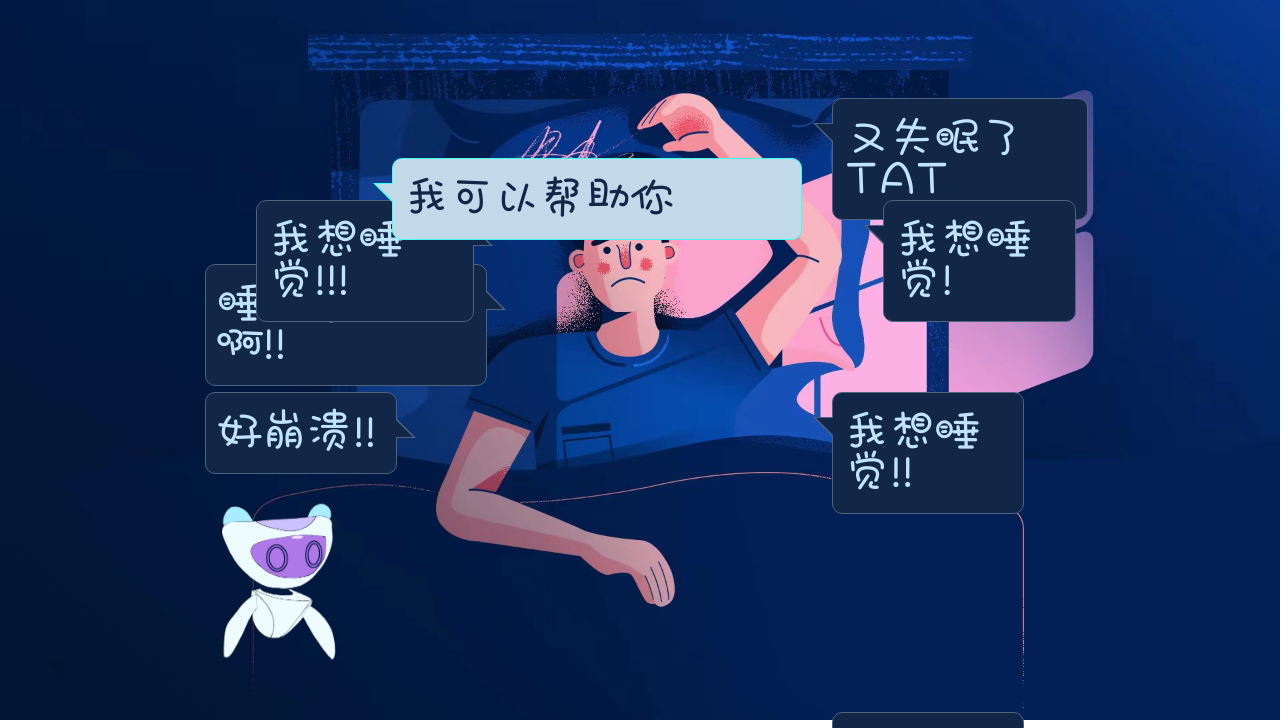
Repository: chjyume/zhongyi
Page: index2.html
An editor plug-in stored every save of this project. The page is shown before and after the next save, followed by the edit.
The browser window is 1280 px wide. The page is 1288 px wide, so the pictures cover 1288 px, including what lies to the right of the window. The pictures show the whole page.

Above is the page before, as saved 2023-06-27 09:07:35.

### index2.html
<!DOCTYPE html>
<html>
	<head>
        <meta charset="utf-8" />
		<title>小故事引入</title>

        <link href="css\index2.css" rel="stylesheet" type="text/css">
		<link rel="stylesheet" type="text/css" href="family\font.css">
	</head>
	<style>
	body
	{
        background-image:url("img/img2-1.png");
		background-repeat:no-repeat;
        height: 100%;
        width: 100%;
        background-size:cover;
        position:absolute;
        left:0;
        top:0;
	}
	</style>
	<body>
		<div id="man" tabindex="1">
		<div class="bubble1" id="text1"  tabindex="1" style="width: calc(18%)">又失眠了TAT</div>
		<div class="bubble1" id="text2"  tabindex="1" style="width: calc(13%)">我想睡觉!</div>
		<div class="bubble1" id="text4"  tabindex="1" style="width: calc(13%)">我想睡觉!!</div>
		<div class="bubble1" id="text5"  tabindex="1" style="width: calc(13%)">怎么办？</div>
		<div class="bubble2" id="text3" tabindex="1"  style="width: calc(20%)">睡不着啊啊啊!!</div>
		<div class="bubble2" id="text2" tabindex="1"  style="width: calc(15%)">我想睡觉!!!</div>
		<div class="bubble2" id="text4"  tabindex="1" style="width: calc(13%)">好崩溃!!</div>
		</div>
		<div id="AI" tabindex="1">
			<img id="robot" src="img/img2-2.png">
			<div class="bubble3" id="text" tabindex="1" style="width: calc(30%);">我可以帮助你</div>
		</div>
	</body>
</html>

### css/index2.css

.bubble1 {
    position: fixed;
    padding: 20px 12px;
    font-family:HYLeMiaoTi;
    font-size: 45px;
    line-height: 40px;
    top: calc(10%);
    left: calc(65%);
    color: #c0e3ff;
    background: #122648;
    border: 1px solid #4e637e;
    border-radius: 10px;
    opacity: 0;
  }

  .bubble1::before,
  .bubble1::after {

    position: absolute;
    left: -20px;
    top:24px;
    display: block;
    font-size: 0;
    line-height: 0;
    border-color: #4e637e #4e637e transparent transparent;
    border-style: solid;
    border-width: 10px;
    content: "";
  }

  .bubble1::after {
    left: -17px;
    top:25px;
    border-color: #122648 #122648 transparent transparent;
  }



  .bubble2 {
    position: fixed;
    padding: 20px 12px;
    font-family:HYLeMiaoTi;
    font-size: 45px;
    line-height: 40px;
    top: calc(10%);
    left: calc(16%);
    color: #c0e3ff;
    background: #122648;
    border: 1px solid #4e637e;
    border-radius: 10px;
    opacity: 0;
  }


  .bubble2::before,
  .bubble2::after {

    position: absolute;
    right: -20px;
    top:25px;
    display: block;
    font-size: 0;
    line-height: 0;
    border-color: transparent transparent #4e637e #4e637e;
    border-style: solid;
    border-width: 10px;
    content: "";
  }

  .bubble2::after {
    right: -17px;
    top:24px;
    border-color:transparent transparent #122648 #122648 ;
  }


  #text1{
    margin-top: calc(2%);
    animation: bubble 2s linear 0s 1 normal forwards;
  }
  #text2{
    margin-top: calc(10%);
    margin-left: calc(4%);
    animation: bubble 2s linear 1.5s 1 normal forwards;
  }
  #text3{
    margin-top: calc(15%);
    margin-right: calc(2%);
    animation: bubble 2s linear 1s 1 normal forwards;
  }
  #text4{
    margin-top: calc(25%);
    margin-right: calc(3%);
    animation: bubble 2s linear 2s 1 normal forwards;
  }
  #text5{
    margin-top: calc(50%);
    margin-right: calc(3%);
    animation: bubble 2s linear 2.5s 1 normal forwards;
  }


  @keyframes bubble {
    0% {
      opacity: 0;
  }
  100% {
    opacity: 1;
  }
}

.bubble1:hover{
  cursor:pointer;
}
.bubble2:hover{
  cursor:pointer;
}

#text1:focus{
  animation: rebubble 3s ease-out 0s 1 normal forwards;
}

#text2:focus{
  animation: rebubble 3s ease-out 0s 1 normal forwards;
}

#text3:focus{
  animation: rebubble 3s ease-out 0s 1 normal forwards;
}

#text4:focus{
  animation: rebubble 3s ease-out 0s 1 normal forwards;
}

  #man:has(>#text5:focus){
    animation: man 1s linear 0s 1 normal forwards;
  }

@keyframes rebubble {
  0% {
    opacity: 1;
}
50% {
  opacity: 0;
}
100%{
  opacity: 1;
}
}

@keyframes man {
100% {
  opacity: 0;
  display: none;
}
}

/* AI机器人部分 */
#robot{
  width: 13%;
  position: fixed;
  top: calc(65%);
  left: calc(15%);
  z-index: 1;

}

.bubble3 {
  position: relative;
  padding: 20px 12px;
  font-family:HYLeMiaoTi;
  font-size: 45px;
  line-height: 40px;
  top: 150px;
  left: calc(30%);
  color: #122648;
  background: #c2d9e9;
  border: 1px solid #3fffef;
  border-radius: 10px;

}

.bubble3::before,
.bubble3::after {

  position: absolute;
  left: -20px;
  top:24px;
  display: block;
  font-size: 0;
  line-height: 0;
  border-color: #3fffef #3fffef transparent transparent;
  border-style: solid;
  border-width: 10px;
  content: "";
}

.bubble3::after {
  left: -17px;
  top:25px;
  border-color: #c2d9e9 #c2d9e9 transparent transparent;
}

### family/font.css
@font-face {
    font-family: "HYLeMiaoTi";
    src:url("HYLeMiaoTiJ.ttf");
    font-weight: normal;
    font-style: normal;
}

After the next save:
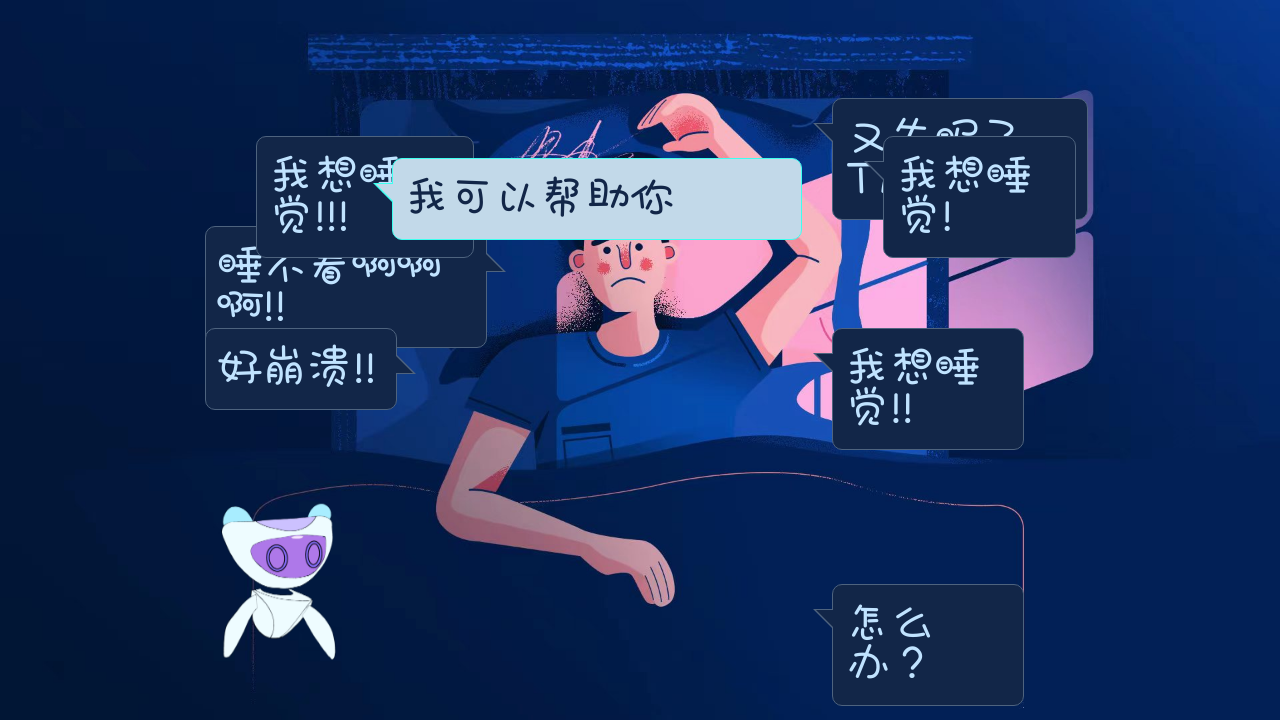
Saved 51 s later.
--- a/css/index2.css
+++ b/css/index2.css
@@ -80,22 +80,22 @@
     animation: bubble 2s linear 0s 1 normal forwards;
   }
   #text2{
-    margin-top: calc(10%);
+    margin-top: calc(5%);
     margin-left: calc(4%);
     animation: bubble 2s linear 1.5s 1 normal forwards;
   }
   #text3{
-    margin-top: calc(15%);
+    margin-top: calc(12%);
     margin-right: calc(2%);
     animation: bubble 2s linear 1s 1 normal forwards;
   }
   #text4{
-    margin-top: calc(25%);
+    margin-top: calc(20%);
     margin-right: calc(3%);
     animation: bubble 2s linear 2s 1 normal forwards;
   }
   #text5{
-    margin-top: calc(50%);
+    margin-top: calc(40%);
     margin-right: calc(3%);
     animation: bubble 2s linear 2.5s 1 normal forwards;
   }
